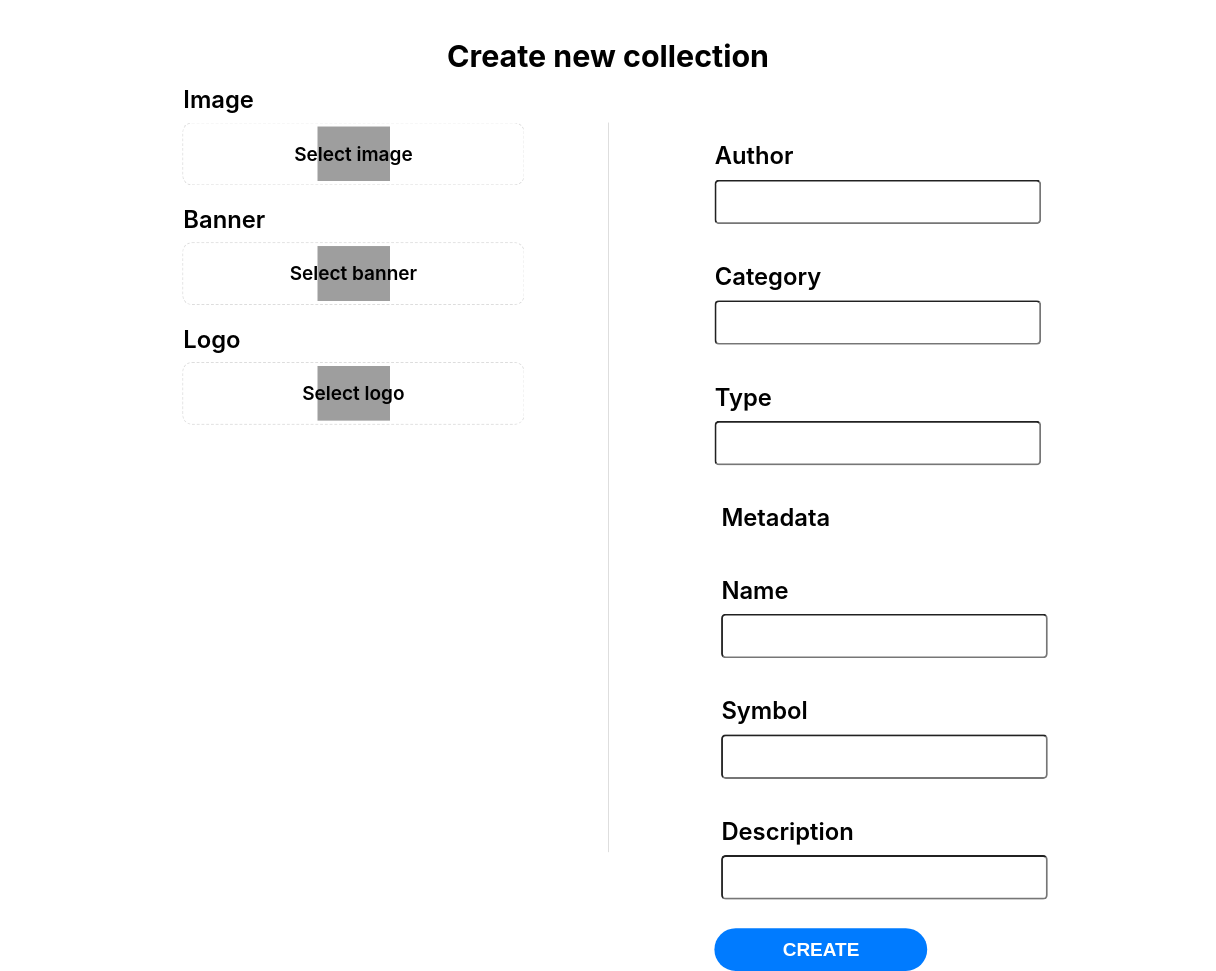
Repository: superHotBob/admin_nftillion
Page: /createcollection
These files come from the project's save history. The page is drawn as it stood at one moment and after the next save; the edit follows.
The browser window is 1280 px wide. The pictures show the whole page, at 95% of full size.
Pictures or frames that could not be fetched are drawn as grey boxes. The project was rebuilt for these pictures with package versions that can differ from the ones it lists, and the page was loaded fresh each time. Also part of the build but not shown: src/components/Login/styles.scss, src/components/Login/index.js, src/components/NavPanel/styles.scss, src/components/NavPanel/index.js, src/components/Users/index.js, src/components/Collections/index.js, src/components/Preminted/styles.scss, src/components/Preminted/index.js.

Above is the page before, as saved 2022-04-26 17:55:09.

### src/index.js
import React from "react";
import ReactDOM from "react-dom/client";
import "./index.css";
import { BrowserRouter } from "react-router-dom";
import "./index.css";
import App from "./App";

import reportWebVitals from "./reportWebVitals";

const root = ReactDOM.createRoot(document.getElementById("root"));
root.render(
  <React.StrictMode>
    <BrowserRouter>
      <App />
    </BrowserRouter>
  </React.StrictMode>
);

// If you want to start measuring performance in your app, pass a function
// to log results (for example: reportWebVitals(console.log))
// or send to an analytics endpoint. Learn more: https://bit.ly/CRA-vitals
reportWebVitals();

### src/App.js
import * as React from "react";
import { Routes, Route } from "react-router-dom";
import { LogIn } from "./components/Login";
import { Users } from "./components/Users";
import './App.css';
import { Collections } from "./components/Collections";
import { Preminted } from "./components/Preminted";
import { Create } from "./components/CreateCollection";

function App() {
  return (
    <div className="App">
    <Routes>
        <Route path="/" element={<LogIn />} />
        <Route path="users" element={<Users />} />
        <Route path="collections" element={<Collections />} />
        <Route path="preminted" element={<Preminted />} />
        <Route path="createcollection" element={<Create />} />
      </Routes>
    </div>
  );
}

export default App;

### src/components/CreateCollection/index.js
import * as React from "react";
import axios from "axios";

import "./styles.scss";

export const Create = () => {
  const [imageCollection, selectImageCollection] = React.useState();
  const [bannerCollection, selectBannerCollection] = React.useState();
  const [logoCollection, selectLogoCollection] = React.useState();

  const viewImage = async (event) => {
    let file = event.target.files[0];
    console.log(file);
    const reader = new FileReader();
    reader.onloadend = function () {
      selectImageCollection(reader.result);
    };
    reader.readAsDataURL(file);
  };
  const viewBanner = async (event) => {
    let file = event.target.files[0];
    console.log(file);
    const reader = new FileReader();
    reader.onloadend = function () {
      selectBannerCollection(reader.result);
    };
    reader.readAsDataURL(file);
  };
  const viewLogo = async (event) => {
    let file = event.target.files[0];
    console.log(file);
    const reader = new FileReader();
    reader.onloadend = function () {
      selectLogoCollection(reader.result);
    };
    reader.readAsDataURL(file);
  };
  function CreateCollection() {
    axios
    .post(
      "https://app.nftillion.io/admin/collection/create",
      {
        image: imageCollection,
        logo: logoCollection,
        banner: bannerCollection
      },
      {
        headers: {
          Authorization: `Bearer ${localStorage.getItem("accessToken")}`,
        },
      }
    )
    .then((res) => {
      console.log(res.data);
    });
  }
  return (
    <>
      <h1 className="header">Create new collection</h1>
      <div className="main_block_create">
        <div className="image_block">
          <form>
            <div
              className="image"
              style={{height: imageCollection ? '300px' : 'auto',
                background: `url(${imageCollection}) center / auto 90% no-repeat`,
              }}
            >
              {imageCollection && <img
                src="/icon_close.png"
                alt="close"
                height={25}
                width={25}
                style={{ float: "right", margin: 10, cursor: 'pointer' }}
                onClick={()=>selectImageCollection()}
              />}
              {!imageCollection && (
                <label>
                  Select image
                  <input
                    type="file"
                    style={{ display: "none" }}
                    id="file"
                    name="file"
                    accept="image/png, image/gif, image/webp, image/jpeg, video/mp4,audio/mp3"
                    onChange={(e) => viewImage(e)}
                  />
                </label>
              )}
            </div>
            <div
              className="banner"
              style={{ height: bannerCollection ? '300px' : 'auto',
                background: `url(${bannerCollection}) center / auto 90% no-repeat`,
              }}
            > {bannerCollection && <img
                src="/icon_close.png"
                alt="close"
                height={25}
                width={25}
                style={{ float: "right", margin: 10, cursor: 'pointer' }}
                onClick={()=>selectBannerCollection()}
              />}
              {!bannerCollection && (
                <label>
                  Select banner
                  <input
                    type="file"
                    style={{ display: "none" }}
                    id="file"
                    name="file"
                    accept="image/png, image/gif, image/webp, image/jpeg, video/mp4,audio/mp3"
                    onChange={(e) => viewBanner(e)}
                  />
                </label>
              )}
            </div>
            <div
              className="logo"
              style={{height: logoCollection ? '50px' : 'auto',
                background: `url(${logoCollection}) center / auto 90% no-repeat`,
              }}
            > {logoCollection && <img
                src="/icon_close.png"
                alt="close"
                height={25}
                width={25}
                style={{ float: "right", margin: 10, cursor: 'pointer' }}
                onClick={()=>selectLogoCollection()}
              />}
              {!logoCollection && (
                <label>
                  Select logo
                  <input
                    type="file"
                    style={{ display: "none" }}
                    id="file"
                    name="file"
                    accept="image/png, image/gif, image/webp, image/jpeg, video/mp4,audio/mp3"
                    onChange={(e) => viewLogo(e)}
                  />
                </label>
              )}
            </div>
          </form>
        </div>
        <div className="data_block">
          <label>
            Author
            <input type="text" />
          </label>
          <label>
            Category
            <input type="text" />
          </label>
          <label>
            Type
            <input type="text" />
          </label>
          <fieldset>
            <legend>Metadata</legend>
            <label>
              Name
              <input type="text" />
            </label>
            <label>
              Symbol
              <input type="text" />
            </label>
            <label>
              Description
              <input type="text" />
            </label>
          </fieldset>

          <button onClick={CreateCollection}>CREATE</button>
        </div>
      </div>
    </>
  );
};

### src/components/Users/styles.scss
.header {
  color: #000;
  padding: 20px 50px;
  margin: 0;
  border-bottom: 1px solid black;
  text-align: center;
  b {
    float: right;
    font-size: 16px;
    margin-top: 15px;
  }
}
header,
.data {
  display: flex;
  justify-content: space-around;
  font-size: 20px;
  span,
  label {
    width: 15%;
    display: inline-block;
  }
}
header {
  border-bottom: 1px solid black;
  font-size: 25px;
  font-weight: 600;
  padding: 20px 0;
}
.block_view {
  position: fixed;
  top: 20vh;
  padding: 20px;
  right: 40vw;
  width: 20vw;
  height: auto;
  transition: all 0.5s;
  background-color: #fff;
  box-shadow: 0 0px 8px 0px rgba(34, 60, 80, 0.2);
}
.block_hide {
  position: fixed;
  top: 20vh;
  transition: all 0.5s;
  right: 40vw;
  opacity: 0;
  overflow: hidden;
  width: 20vw;
  height: auto;
  background-color: #fff;
  box-shadow: 0 0px 8px 0px rgba(34, 60, 80, 0.2);
}
button {
  height: 45px;
  width: 65%;
  font-size: 20px;
  border-radius: 30px;
  cursor: pointer;
  font-weight: 600;
  color: #fff;
  border: none;
  outline: none;
}
button:first-of-type {
  background-color: red;
  width: 30%;
}
button:last-of-type {
  background-color: #007bff;
}
button:hover {
  opacity: 0.7;
  border-color: rgba(200, 255, 255, 1);
}
.block_button {
  display: flex;
  margin-top: 30px;
  justify-content: space-around;
}
.data_edit {
  span {
    display: block;
    font-size: 20px;
    margin: 20px;
  }
}
.header_edit {
  padding-bottom: 30px;
  font-size: 25px;
  border-bottom: 1px solid #000;
}

input[type="checkbox"] {
  width: 25px;
  height: 25px;
  margin: 0 20px;
}
textarea {
  width: 90%;
  padding: 10px 20px;
  outline: none;
  font-size: 20px;
  display: block;
}

b {
  font-size: 30px;
  margin: 0 10px 30px;
  display: block;
}

### src/components/Collections/styles.scss
.data {
    padding: 20px 0;
    margin: 0;
}
.data:hover {
    background-color: #c9c9c9;
    cursor: pointer;
}
.right_block_view {
    position: fixed;
    top: 0;
    padding: 20px;
    right: 0;
    width: 400px;
    height: 100vw;
    transition: all 0.5s;
    background-color: #fff;
    box-shadow: -7px 0px 8px 0px rgba(34, 60, 80, 0.2);
}
.right_block_hide {
    position: fixed;
    top: 0;
    transition: all 0.5s;
    right: -401px;
    width: 400px;
    height: 100vw;
    background-color: #fff;
    box-shadow: -7px 0px 8px 0px rgba(34, 60, 80, 0.2);
}
button {
    height: 45px;
    width: 65%;
    font-size: 20px;
    border-radius: 30px;
    cursor: pointer;
    font-weight: 600;
    color: #fff;
    border: none;
    outline: none;

}
button:first-of-type {
    background-color: red;
    width: 30%;
}
button:last-of-type {
    background-color: #007bff;
}
button:hover {
    opacity: 0.7;
    border-color: #f9f9ff;

}
.block_button {
    display: flex;
    margin-top: 30px;
    justify-content: space-around;
}
.data_edit {
    span {
        display: block;
        font-size: 18px;
        margin: 20px 0;
    }
}
.header_edit {
    padding-bottom:  30px;
    font-size: 25px;
    border-bottom: 1px solid #000;
}

input[type='checkbox'] {
    width: 25px;
    height: 25px;
    margin: 0 20px;
}

### src/components/CreateCollection/styles.scss
.main_block_create {
    display: flex;
    justify-content: space-between;
    width: 70vw;
    margin: 0 auto;

    .image_block {
        width: 50%;
        height: 60vh;
        .image {
            width: 80%;
            height: auto;
            border-radius: 10px;
            margin-bottom: 60px;
            border: 1px dashed #ddd;
            position: relative;
        }
        .image::before {
            content: 'Image';
            position: absolute;
            top: -40px;
            left: 0;
            font-size: 25px;
            font-weight: 600;

        }
        .logo {
            width: 80%;
            border-radius: 10px;
            margin-bottom: 60px;
            border: 1px dashed #ddd;
            position: relative;
        }
        .logo::before {
            content: 'Logo';
            position: absolute;
            top: -40px;
            left: 0;
            font-size: 25px;
            font-weight: 600;

        }
        .banner {
            width: 80%;
            height: 50vh;
            margin-bottom: 60px;
            border: 1px dashed #ddd;
            position: relative;
            border-radius: 10px;
        }
        .banner::before {
            content: 'Banner';
            position: absolute;
            top: -40px;
            left: 0;
            font-size: 25px;
            font-weight: 600;

        }
        label {
            font-size: 20px;
            font-weight: 600;
            margin: 20px auto;
            width: 40%;
            display: block;
           cursor: pointer;
        }
    }
    .data_block {
        width: 50%;
        height: 60vw;
        border-left: 1px solid #ddd;
        label, legend {
            display: block;
            font-size: 25px;
            margin: 0 auto;
            padding: 20px;
            width: 50%;
            text-align: left;
            font-weight: 600;
            input {
                display: block;
                border-radius: 5px;
                padding: 10px 20px;
                width: 300px;
                font-size: 20px;
                margin: 10px 0 0;
                outline: none;
            }
        }
        button {
            width: 50%;
        }
        fieldset {
            border: none;
        }
    }
}
.header {
    margin: 20px 0 30px;
    border: none;
}

Loaded but not shown: public/index.html (common file); src/index.css (common file); src/reportWebVitals.js (common file); src/App.css (common file)

After the next save:
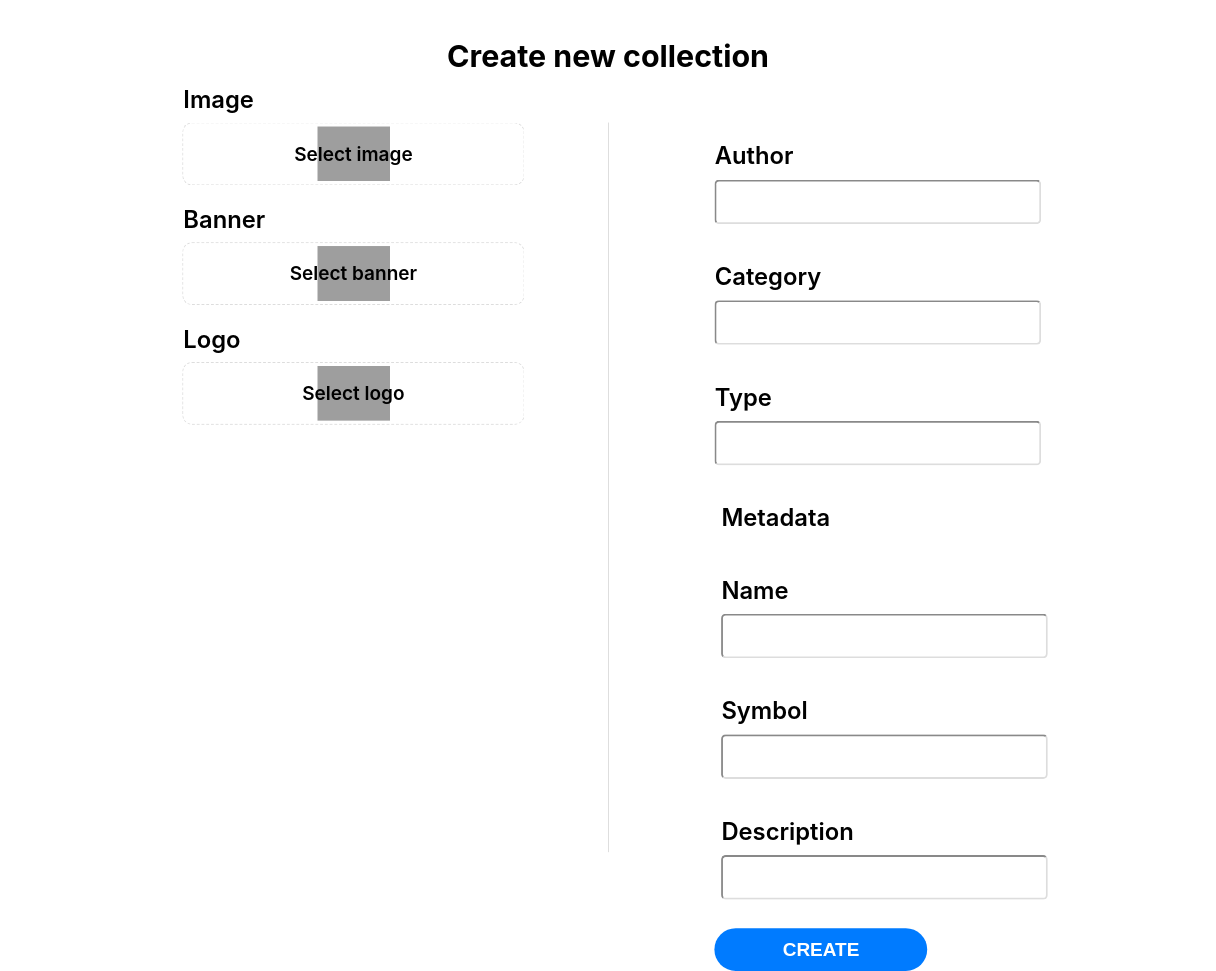
Saved 9 min 59 s later.
--- a/src/components/CreateCollection/styles.scss
+++ b/src/components/CreateCollection/styles.scss
@@ -82,6 +82,7 @@
                 display: block;
                 border-radius: 5px;
                 padding: 10px 20px;
+                border-color: #ddd;
                 width: 300px;
                 font-size: 20px;
                 margin: 10px 0 0;
